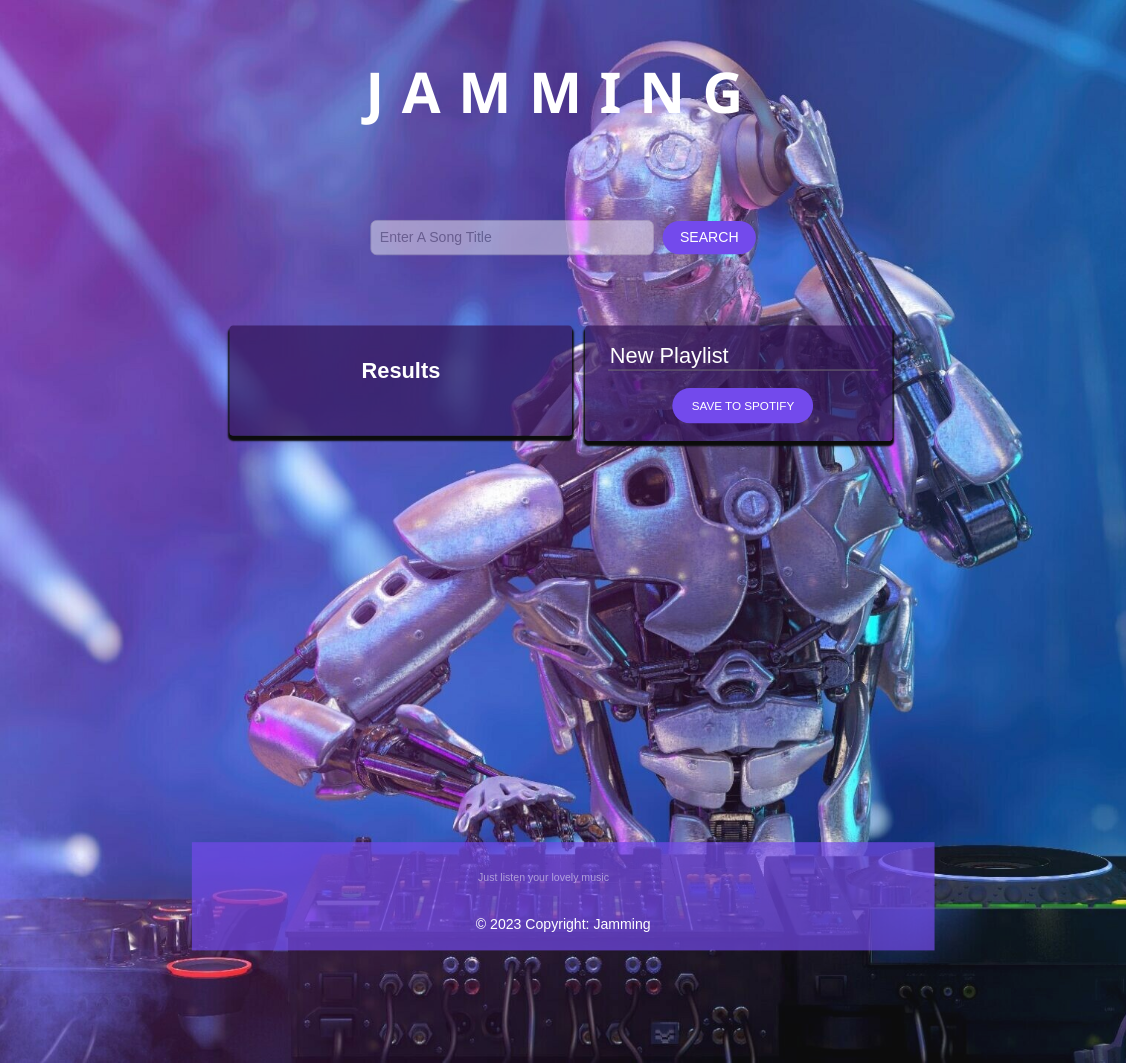
Repository: LolaSL/jamming
Page: /
These files come from the project's save history. The page is drawn as it stood at one moment and after the next save; the edit follows.
The browser window is 1280 px wide. The pictures show the whole page, at 88% of full size.
The project was rebuilt for these pictures with package versions that can differ from the ones it lists, and the page was loaded fresh each time. Also part of the build but not shown: src/components/Track/Track.jsx.

Above is the page before, as saved 2023-06-23 20:00:02.

### src/App/App.js
import React, { useState, useCallback } from "react";
import "./App.css";
import Footer from "../components/Footer/Footer";
import Playlist from "../components/PlayList/PlayList.jsx";
import SearchBar from "../components/SearchBar/SearchBar";
import SearchResults from "../components/SearchResults/SearchResults";
import Spotify from "../utils/Spotify";

const App = () => {
  const [searchResults, setSearchResults] = useState([]);
  const [playlistName, setPlaylistName] = useState("New Playlist");
  const [playlistTracks, setPlaylistTracks] = useState([]);

  const search = useCallback(async (term) => {
    const results = await Spotify.search(term);
    setSearchResults(results);
  }, []);

  const addTrack = useCallback((track) => {
    if (playlistTracks.some((savedTrack) => savedTrack.id === track.id)) {
      return;
    }
    setPlaylistTracks((prevTracks) => [...prevTracks, track]);
  }, [playlistTracks]);

  const removeTrack = useCallback((track) => {
    setPlaylistTracks((prevTracks) =>
      prevTracks.filter((currentTrack) => currentTrack.id !== track.id)
    );
  }, []);

  const updatePlaylistName = useCallback((name) => {
    setPlaylistName(name);
  }, []);

  const savePlaylist = useCallback(async () => {
    const trackUris = playlistTracks.map((track) => track.uri);
    await Spotify.savePlaylist(playlistName, trackUris);
    setPlaylistName("New Playlist");
    setPlaylistTracks([]);
  }, [playlistName, playlistTracks]);

  return (
    <div className="App-container" data-testid="app-test">
      <h1>
        Jamming
      </h1>
      <SearchBar onSearch={search} />
      <div className="App-playlist-container">
          <SearchResults searchResults={searchResults} onAdd={addTrack} />
          <Playlist
            playlistName={playlistName}
            playlistTracks={playlistTracks}
            onNameChange={updatePlaylistName}
            onRemove={removeTrack}
            onSave={savePlaylist}
        />
      </div>
      <Footer />
      </div>
  );
};

export default App;
;

### src/App/App.css
body,
html,
#root {
  height: 100%;
  margin: 0;
  padding: 0;
}

/* CSS for App-container */
.App-container {
  display: flex;
  flex-direction: column;
  align-items: center;
  padding: 20px;
  background-color: #6c41ec;
  background-image: url("./background.jpg");
  height: 150%;
  padding: 0 17% 10% 17%;
  opacity: 0.95;
  background-size: cover;
  overflow: hidden;
  background-position: center;
  background-repeat: no-repeat;
  font-family: "Work Sans", sans-serif;
  font-weight: 500;
  color: #56649f;
  text-align: center;
}

/* CSS for h1 */
h1 {
  font-family: "Segoe UI", Tahoma, Geneva, Verdana, sans-serif;
  text-transform: uppercase;
  letter-spacing: 20px;
  color: #ffffff;
  font-size: 4rem;
  margin-top: 60px;
}

/* CSS for SearchBar */
.SearchBar {
  display: flex;
  justify-content: center;
  align-items: center;
  margin-bottom: 20px;
}

/* CSS for App-playlist */
.App-playlist-container  {
  display: grid;
  grid-template-columns: 1fr 1fr;
  grid-gap:50px;
  align-items: justify;
  margin: 60px auto;
}

/* CSS for SearchResults and Playlist components */
.SearchResults,
.Playlist {
  background-color: #fff;
  padding: 20px;
  border-radius: 4px;
  box-shadow: 1px 1px 1px rgba(9, 3, 15, 0.488);
}
.footer{
  margin-top: auto;
}
@media (max-width: 800px) {
  /* CSS for App-container */
  .App-container {
    padding: 10px;
    font-size: 14px;
  }
  /* CSS for h1 */
  h1 {
    font-size: 3rem;
    margin-top: 40px;
    text-shadow: 1px 2px 3px rgba(112, 30, 189, 0.488);
    opacity: 0.97;
    z-index: 5;
  }
  .SearchResults,
.Playlist {
  background-color: #fff;
  padding: 10px;
  border-radius: 4px;
  box-shadow: 1px 1px 1px rgba(9, 3, 15, 0.488);
}
.App-playlist-container {
  grid-gap: -5px;
  margin: 40px auto;
}
.footer{
  margin-top: auto;
}

}

### src/components/Footer/Footer.jsx
import "./Footer.css";

const Footer = () => {
  return (
    <footer className="footer" data-testid="footer-test">
      <div className="infoText" data-test="infoText-test">
        <p>Just listen your lovely music</p>
      </div>
        <div data-test="copyright-test">
          &copy; {new Date().getFullYear()} Copyright: Jamming
        </div>

    </footer>
  );
};

export default Footer;

### src/components/PlayList/PlayList.jsx
import React, { useCallback } from "react";
import PropTypes from "prop-types";
import "./PlayList.css";
import TrackList from "../TrackList/TrackList";

const Playlist = ({
  onNameChange,
  playlistTracks,
  onRemove,
  onSave
}) => {
  const handleNameChange = useCallback((event) => {
    onNameChange(event.target.value);
  }, [onNameChange]);

  return (
    <div className="Playlist">
      <input onChange={handleNameChange} defaultValue={"New Playlist"} />
      <TrackList
        tracks={playlistTracks}
        isRemoval={true}
        onRemove={onRemove}
      />
      <button className="Playlist-save" onClick={onSave}>
        SAVE TO SPOTIFY
      </button>
    </div>
  );
};

Playlist.propTypes = {
  onNameChange: PropTypes.func,
  playlistTracks: PropTypes.array,
  onRemove: PropTypes.func,
  onSave: PropTypes.func
};

export default Playlist;

### src/components/SearchBar/SearchBar.jsx
import React, { useState, useCallback } from "react";
import "./SearchBar.css";

const SearchBar = ({ onSearch }) => {
  const [term, setTerm] = useState("");

  const handleTermChange = useCallback((event) => {
    event.preventDefault();
    setTerm(event.target.value);
  }, []);

  const search = useCallback(
    (event) => {
      event.preventDefault();
      onSearch(term);
    },
    [onSearch, term]
  );

  return (
    <div className="SearchBar">
      <input placeholder="Enter A Song Title" onChange={handleTermChange} />
      <button className="SearchButton" onClick={search}>
        SEARCH
      </button>
    </div>
  );
};

export default SearchBar;

### src/components/SearchResults/SearchResults.jsx
import React from "react";
import "./SearchResults.css";
import TrackList from "../TrackList/TrackList";

const SearchResults = ({ searchResults, onAdd }) => {
  return (
    <div className="SearchResults">
      <h2>Results</h2>
      <TrackList tracks={searchResults} onAdd={onAdd} />
    </div>
  );
};

export default SearchResults;

### src/utils/Spotify.js
const clientId = 'a18dfb23f21c4bf69aa0c5c6ac72acdc'; // Insert client ID here.
const redirectUri = 'http://localhost:3000/'; // Have to add this to your accepted Spotify redirect URIs on the Spotify API.

let accessToken;

const Spotify = {
  getAccessToken() {
    if (accessToken) {
      return accessToken;
    }

    const accessTokenMatch = window.location.href.match(/access_token=([^&]*)/);
    const expiresInMatch = window.location.href.match(/expires_in=([^&]*)/);
    if (accessTokenMatch && expiresInMatch) {
      accessToken = accessTokenMatch[1];
      const expiresIn = Number(expiresInMatch[1]);
      window.setTimeout(() => accessToken = '', expiresIn * 1000);
      window.history.pushState('Access Token', null, '/'); // This clears the parameters, allowing us to grab a new access token when it expires.
      return accessToken;
    } else {
      const accessUrl = `https://accounts.spotify.com/authorize?client_id=${clientId}&response_type=token&scope=playlist-modify-public&redirect_uri=${redirectUri}`;
      window.location = accessUrl;
    }
  },

  async search(term) {
    const accessToken = Spotify.getAccessToken();
    const response = await fetch(`https://api.spotify.com/v1/search?type=track&q=${term}`, {
      headers: {
        Authorization: `Bearer ${accessToken}`
      }
    });
    const jsonResponse = await response.json();
    if (!jsonResponse.tracks) {
      return [];
    }
    return jsonResponse.tracks.items.map(track => ({
      id: track.id,
      name: track.name,
      artist: track.artists[0].name,
      album: track.album.name,
      popularity: track.popularity,
      uri: track.uri
    }));
  },

  savePlaylist(name, trackUris) {
    if (!name || !trackUris.length) {
      return;
    }

    const accessToken = Spotify.getAccessToken();
    const headers = { Authorization: `Bearer ${accessToken}` };
    let userId;

    return fetch('https://api.spotify.com/v1/me', { headers: headers }
    ).then(response => response.json()
    ).then(jsonResponse => {
      userId = jsonResponse.id;
      return fetch(`https://api.spotify.com/v1/users/${userId}/playlists`, {
        headers: headers,
        method: 'POST',
        body: JSON.stringify({ name: name })
      }).then(response => response.json()
      ).then(jsonResponse => {
        const playlistId = jsonResponse.id;
        return fetch(`https://api.spotify.com/v1/users/${userId}/playlists/${playlistId}/tracks`, {
          headers: headers,
          method: 'POST',
          body: JSON.stringify({ uris: trackUris })
        });
      });
    });
  }
};

export default Spotify;

### src/components/Footer/Footer.css


.footer {
    background-color: rgba(108, 65, 233, .7);
    width:100%;
    padding: 20px 0;
    color: white;
    position: relative;
    .contentWrapper {
        display: flex;
        align-items: center;
        flex-direction: column;
    }
    .menuItems {
        list-style-type: none;
        display: flex;

        align-items: center;
        justify-content: center;
        gap: 15px;
        margin-bottom: 20px;

        .menuItem {
            transition: all ease 0.3s;
            cursor: pointer;
            text-decoration: none;
            font-size: 12px;
           }
            .menuItem &:hover {
                color: var(--pink);
            }

    }
    .infoText {
        font-size: 12px;
        line-height: 20px;
        opacity: 0.5;
        text-align: center;
        max-width: 800px;
        margin-bottom: 20px;

    }
    .socialIcons {
        display: flex;
        align-items: center;
        justify-content: center;
        gap: 10px;
        .icon {
            width: 50px;
            height: 50px;
            border-radius: 50%;
            background-color: var(--black);
            display: flex;
            align-items: center;
            justify-content: center;
            cursor: pointer;
            transition: all ease 0.3s;
            &:hover {
                box-shadow: 0 0 0.625em var(--pink);
                color: var(--pink);
            }
        }
    }
}

### src/components/PlayList/PlayList.css
.Playlist {
    display: flex;
    flex-direction: column;
    align-items: center;
    justify-items: center;
    overflow-y: scroll;
    width: 90%;
    height: auto;
    background-color: rgba(40, 9, 80, 0.7);
    box-shadow: 0 4px 2px 2px #000000;
    margin-bottom: 34px;
   padding-right: 10px;
   margin-right: auto;

  }

  .Playlist input {
    width: 95%;
    border: 0;
    outline: 0;
    background: transparent;
    border-bottom: 1px solid #6f6f6f;
    font-family: 'Poppins', sans-serif;
    font-size: 1.55rem;
    color: #fff;
  }

  .Playlist-save {
    cursor: pointer;
    width: 10rem;
    padding: .77rem 0;
    border-radius: 54px;
    border-width: 0px;
    margin-top: 1.27rem;
    background-color: #6c41ec;
    text-align: center;
    font-size: .83rem;
    transition: background-color .25s;
    color: #fff;
    font-weight: 500;
  }

  .Playlist-save:hover {
    background-color: rgba(108, 65, 233, .7);
  }

  ::-webkit-scrollbar {
      width: 0px;
      background: transparent;
  }
  @media screen and (max-width: 600px) {
  /* CSS for Playlist on smaller screens */
  .Playlist {
    width: 90%;
    margin-right: auto;
    padding-right: 0;
  }

  .Playlist input {
    font-size: 1.3rem;
  }
}
@media screen and (max-width: 800px) {
  /* CSS for Playlist on smaller screens */
  .Playlist {
    width:95%;
    margin-right: auto;
    padding-right: 0;
    display: flex;
    flex-direction: column;
    align-items: center;
  }

  .Playlist input {
    font-size: 1.3rem;
  }
}

### src/components/TrackList/TrackList.jsx
import React from "react";
import PropTypes from "prop-types";
import "./TrackList.css";
import Track from "../Track/Track";

const TrackList = ({ tracks, onAdd, isRemoval, onRemove }) => {
  return (
    <div className="TrackList">
      {tracks.map((track, index) => (
        <Track
          key={index}
          track={track}
          onAdd={onAdd}
          isRemoval={isRemoval}
          onRemove={onRemove}
        />
      ))}
    </div>
  );
};

TrackList.propTypes = {
  tracks: PropTypes.array,
  onAdd: PropTypes.func,
  onRemove: PropTypes.func,
  isRemoval: PropTypes.bool,
};

export default TrackList;

### src/components/SearchBar/SearchBar.css
/* CSS for SearchBar form */
.SearchBar {
  display: flex;
  align-items: center;
  margin-top: 60px;
}

/* CSS for input */
.SearchBar input {
  flex-grow: 1;
  padding: 10px;
  border: 1px solid #ccc;
  border-radius: 7px;
  font-size: 16px;
  margin-right: 10px;
  width:  300px;
  opacity: 0.45;
  z-index: 1;

}

/* CSS for button */
.SearchBar button {
  padding: 10px 20px;
  background-color: #6c41ec;
  color: #fff;
  border: none;
  border-radius: 4px;
  font-size: 16px;
  cursor: pointer;
  border-radius: 54px;
  transition: background-color .25s;
}

/* CSS for button hover effect */
.SearchBar button:hover {
  background-color: rgba(108, 65, 233, 0.7);
}

### src/components/SearchResults/SearchResults.css
.SearchResults {
  display: flex;
  flex-direction: column;
  align-items: left;
  overflow-y: scroll;
  width: 38%;
  max-height: 900px;
  padding: 1.1rem;
  background-color: rgba(40, 9, 80, 0.7);
  box-shadow: 0 4px 2px 2px #000000;
  gap: 10px;

  }
  h2{
    font-family: 'Poppins', sans-serif;
    color: #ffffff;
    text-align: left;
    font-size: 1.55rem;
  }
  ::-webkit-scrollbar {
      width: 0px;
      background: transparent;
  }

 @media only screen and (max-width: 1020px) {
    .SearchResults {
      width: 90%;
      margin-bottom:2.5rem;
    }
  }

  @media screen and (min-width: 800px) {
    .SearchResults {
      width:75%;
      margin-bottom:2rem;
      align-items: center;
    }
  }
  @media only screen and (max-width: 1220px) {
    .SearchResults {
      width: 90%;
      margin-bottom:2.5rem;
      align-items: center;
    }
  }
  @media only screen and (max-width: 1620px) {
    .SearchResults {
      width: 100%;
      margin-bottom:2.5rem;
      align-items: center;
    }
  }

### src/components/TrackList/TrackList.css
.TrackList {
  width: 90%;
  height: auto;
  overflow-y: scroll;
  display: flex;
  flex-direction: column;
}
@media screen and (max-width: 800px) {
  /* CSS for TrackList on smaller screens */
  .TrackList {
    width: 75%;
    height: auto;
    display: flex;
    flex-direction: column;
    align-items: center;
  }
}

### src/components/Track/Track.css
.Track {
    display: flex;
    align-items: center;
    border-bottom: 1px solid rgba(256, 256, 256, 0.8);
    padding-top: 14px;
  }

  .Track-action {
    cursor: pointer;
    padding: .5rem;
    font-size: 1.05rem;
    transition: color .25s;
    border: 0px;
    background-color: rgba(128, 73, 196, 0);
    color: #fff;
  }

  .Track-action:hover {
    color: rgba(265, 265, 265, .5);
  }

  .Track-information {
    flex-grow: 1;
    display: flex;
    flex-direction: column;
    justify-content: center;
    height: 90px;
  }

  .Track-information h3 {
    margin-bottom: .22rem;
  }

  .Track-information p {
    font-size: .83rem;
    font-weight: 300;
    color: rgba(256, 256, 256, 0.8);
  }
  h3, p{
    color:#ffffff;

  }

p{
    color:#ffffff;
    padding-bottom:  15px;
    margin-top: 10px
  }

  @media (max-width: 800px) {
    /* CSS for Track on smaller screens */
    .Track {
      display: flex;
      flex-direction: column;
      align-items: center;
      /* margin-bottom: 30px; */
      padding-top: 7px;
    }

    .Track-information {
      text-align: center;
    }

    .Track h3 {
      font-size: 1rem;
      text-transform: upperc;
    }

    .Track p {
      font-size: 0.9rem;
    }
  }

Loaded but not shown: public/index.html (common file); src/index.js (common file); src/index.css (common file); src/reportWebVitals.js (common file)

After the next save:
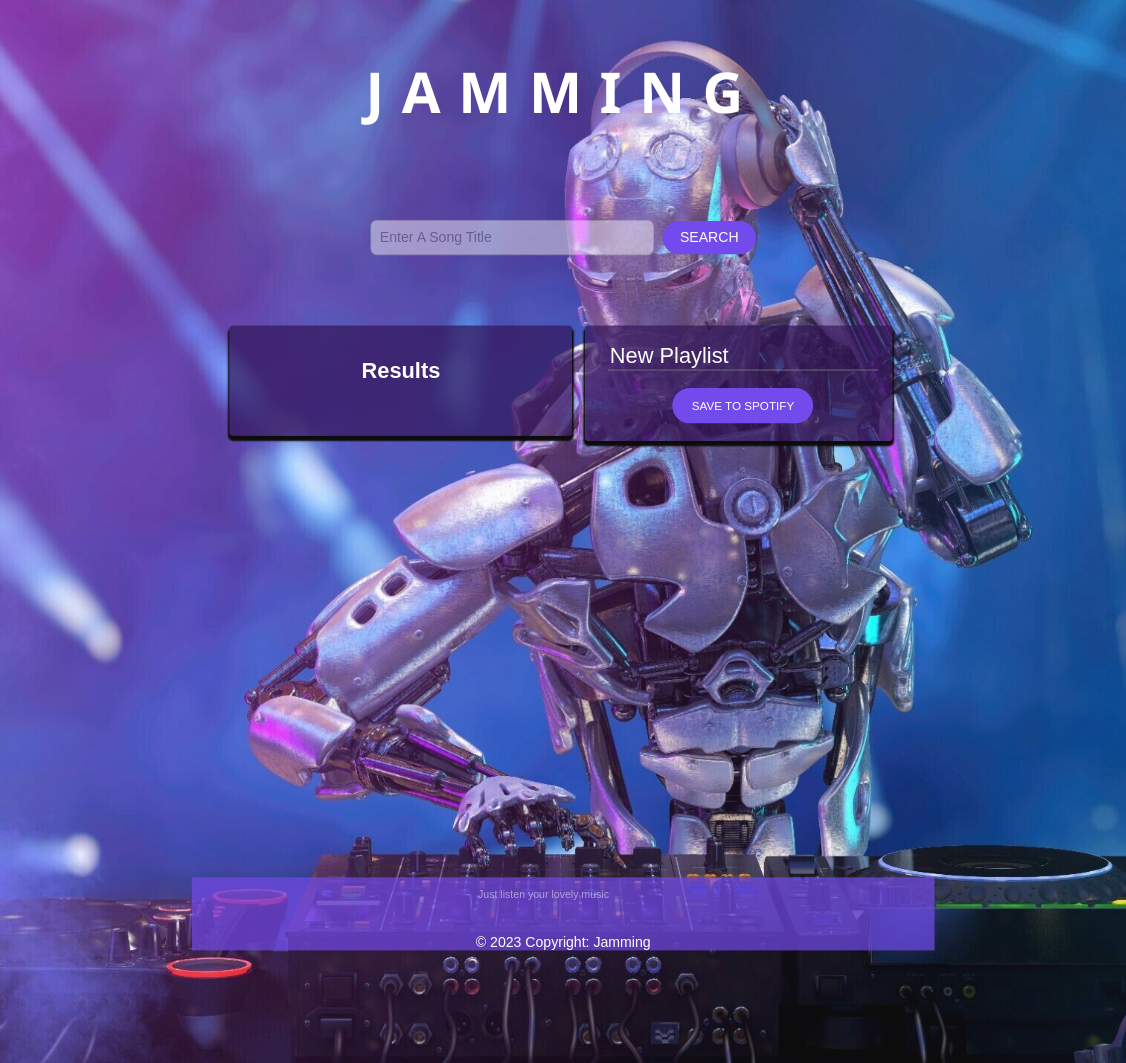
Saved 32 s later.
--- a/src/components/Footer/Footer.css
+++ b/src/components/Footer/Footer.css
@@ -3,7 +3,7 @@
 .footer {
     background-color: rgba(108, 65, 233, .7);
     width:100%;
-    padding: 20px 0;
+    /* padding: 20px 0; */
     color: white;
     position: relative;
     .contentWrapper {
